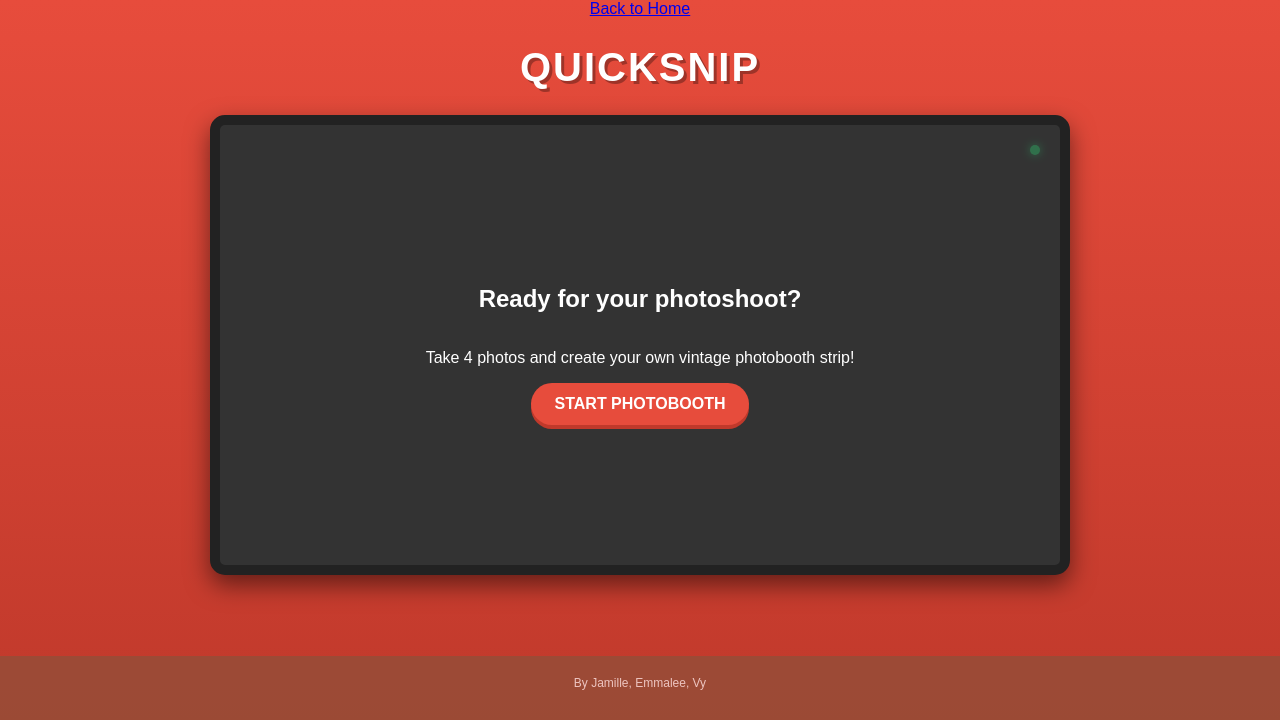
Repository: Strawb3rryjam/QuickSnip
Page: photobooth.html
The author's editor kept a copy of each file at every save. The page is drawn from the files as they stood at one save, then again after the next save.
The browser window is 1280 px wide. The pictures show the whole page.
Some web fonts or font styles are not loaded; a fallback is used.

Above is the page before, as saved 2025-05-08 15:46:37.

### photobooth.html
<!DOCTYPE html>
<html lang="en">

<head>
    <meta charset="UTF-8">
    <meta name="viewport" content="width=device-width, initial-scale=1.0">
    <title>Retro Photobooth</title>
    <link rel="stylesheet" href="styles.css">

    <!--Font-->
    <link rel="preconnect" href="https://fonts.googleapis.com">
    <link rel="preconnect" href="https://fonts.gstatic.com" crossorigin>
    <link href="https://fonts.googleapis.com/css2?family=Titan+One&display=swap" rel="stylesheet">
</head>

<body>
    <a href="index.html" id="home" class="button">Back to Home</a>


    <h1>QUICKSNIP</h1>
    <div class="container">
        <div class="retro-light"></div>

        <div class="start-screen" id="startScreen">

            <h2>Ready for your photoshoot?</h2>
            <p>Take 4 photos and create your own vintage photobooth strip!</p>
            <button id="startButton">Start Photobooth</button>
        </div>

        <div class="camera-container" id="cameraContainer">
            <video id="camera" autoplay playsinline></video>
            <div class="countdown" id="countdown"></div>
            <div class="flash" id="flash"></div>
            <div class="loading-message" id="loadingMessage">Initializing camera...</div>
        </div>

        <div class="controls" id="cameraControls" style="display: none;">
            <button id="captureButton">Take Photos</button>
        </div>

        <div class="photostrip-container" id="photostripContainer">
            <div class="photostrip" id="photostrip">
                <div class="photostrip-branding">Retro Photobooth - April 28, 2025</div>
            </div>

            <div class="editor-tools">
                <div>
                    <h3>Border Color</h3>
                    <div class="color-picker" id="colorPicker">
                        <div class="color selected" style="background-color: white;" data-color="white"></div>
                        <div class="color" style="background-color: #ffcc00;" data-color="#ffcc00"></div>
                        <div class="color" style="background-color: #ff6b6b;" data-color="#ff6b6b"></div>
                        <div class="color" style="background-color: #48dbfb;" data-color="#48dbfb"></div>
                        <div class="color" style="background-color: #1dd1a1;" data-color="#1dd1a1"></div>
                        <div class="color" style="background-color: #f368e0;" data-color="#f368e0"></div>
                        <div class="color" style="background-color: #ff9f43;" data-color="#ff9f43"></div>
                        <div class="color" style="background-color: black;" data-color="black"></div>
                    </div>
                </div>

                <div>
                    <h3>Add Stickers</h3>
                    <div class="stickers" id="stickerPicker">
                        <div class="sticker">⭐</div>
                        <div class="sticker">❤️</div>
                        <div class="sticker">🌈</div>
                        <div class="sticker">😎</div>
                        <div class="sticker">🎉</div>
                        <div class="sticker">✨</div>
                        <div class="sticker">💯</div>
                        <div class="sticker">🔥</div>
                        <div class="sticker">👑</div>
                        <div class="sticker">🦄</div>
                    </div>
                </div>

                <button id="downloadButton">Download Photostrip</button>
                <button id="resetButton">Take New Photos</button>
            </div>
        </div>
    </div>

    <div id="copyright">By Jamille, Emmalee, Vy</div>

    <script src="https://cdnjs.cloudflare.com/ajax/libs/html2canvas/1.4.1/html2canvas.min.js"></script>
    <script src="scripts.js"></script>
</body>

</html>

### styles.css
body {
  font-family: 'titan-one-regular', sans-serif;
  background-color: #f0f0f0;
  margin: 0;
  padding: 0;
  display: flex;
  flex-direction: column;
  align-items: center;
  min-height: 100vh;
  background-image: linear-gradient(to bottom, #e74c3c, #c0392b);
  color: white;
  text-align: center;
}

h1 {
  font-family: 'titan-one-regular', sans-serif;
  letter-spacing: 2px;
  font-size: 2.5rem;
  text-shadow: 3px 3px 0px rgba(0, 0, 0, 0.3);
  margin-bottom: 5px;
}


.photobooth-exterior {
  position: relative;
  width: 100vw;
  height: 100vh;
  overflow: hidden;
  display: flex;
  justify-content: center;
  align-items: center;
}



.entrance {
  position: absolute;
  top: 0;
  left: 0;
  width: 100%;
  height: 100%;
  object-fit: cover;
  object-position: center;
  z-index: -1;
}




#curtain {
  position: absolute;
  width: 20vw; /* Responsive width */
  height: 428px; /* Let it scale proportionally */
  left: 50%; /* Center-ish position */
  top: 35%;  /* Adjust as needed */
  transform: translate(-30%, -14%); /* Centers the image on its position point */
  object-fit: contain;
  cursor: pointer;
  z-index: 1; /* Above entrance image */
}


#home {
  #home {
    font-family: 'Courier New', monospace;
    background-color: #000;
    color: #0f0;
    border: 2px solid #0f0;
    padding: 10px 20px;
    text-transform: uppercase;
  }

}

#home:hover {
  background-color: #e60000;
}




.container {
  max-width: 800px;
  width: 95%;
  background-color: #333;
  border-radius: 15px;
  padding: 20px;
  box-shadow: 0 10px 25px rgba(0, 0, 0, 0.5);
  margin: 20px 0;
  border: 10px solid #222;
  position: relative;
}

.start-screen {
  display: flex;
  flex-direction: column;
  align-items: center;
  justify-content: center;
  height: 400px;
}

.camera-container {
  position: relative;
  margin: 0 auto;
  width: 100%;
  max-width: 640px;
  border-radius: 8px;
  overflow: hidden;
  display: none;
}

#camera {
  width: 100%;
  height: auto;
  background-color: #222;
  border-radius: 8px;
  transform: scaleX(-1);
}

.controls {
  margin-top: 20px;
  display: flex;
  justify-content: center;
  flex-wrap: wrap;
  gap: 10px;
}

button {
  background-color: #e74c3c;
  color: white;
  border: none;
  padding: 12px 24px;
  font-size: 16px;
  border-radius: 30px;
  cursor: pointer;
  transition: all 0.3s;
  font-weight: bold;
  box-shadow: 0 4px 0 #c0392b;
  text-transform: uppercase;
}

button:hover {
  background-color: #c0392b;
  box-shadow: 0 2px 0 #9e2a1e;
  transform: translateY(2px);
}

button:active {
  transform: translateY(4px);
  box-shadow: none;
}

button:disabled {
  background-color: #999;
  box-shadow: none;
  cursor: not-allowed;
}

.countdown {
  position: absolute;
  top: 50%;
  left: 50%;
  transform: translate(-50%, -50%);
  font-size: 8rem;
  color: white;
  text-shadow: 0 0 10px #000;
  opacity: 0.8;
  display: none;
}

.flash {
  position: absolute;
  top: 0;
  left: 0;
  width: 100%;
  height: 100%;
  background-color: white;
  opacity: 0;
  transition: opacity 0.1s;
}

.photostrip-container {
  display: none;
  flex-direction: column;
  align-items: center;
  width: 100%;
}

.photostrip {
  display: flex;
  flex-direction: column;
  gap: 10px;
  background-color: white;
  padding: 20px;
  width: 240px;
  border-radius: 5px;
  box-shadow: 0 0 10px rgba(0,0,0,0.5);
  margin-bottom: 20px;
  position: relative;
}

.photostrip img {
  width: 100%;
  height: auto;
  border: 1px solid #ddd;
}

.photostrip-branding {
  color: #333;
  font-size: 12px;
  margin-top: 10px;
  text-align: center;
  font-family: 'Courier New', monospace;
}

.editor-tools {
  display: flex;
  flex-wrap: wrap;
  justify-content: center;
  gap: 10px;
  margin-top: 20px;
  width: 100%;
}

.color-picker {
  display: flex;
  flex-wrap: wrap;
  justify-content: center;
  gap: 5px;
  margin-bottom: 15px;
}

.color {
  width: 30px;
  height: 30px;
  border-radius: 50%;
  cursor: pointer;
  border: 2px solid transparent;
  transition: transform 0.2s;
}

.color:hover {
  transform: scale(1.2);
}

.color.selected {
  border: 2px solid white;
  box-shadow: 0 0 5px rgba(0,0,0,0.5);
}

.stickers {
  display: flex;
  flex-wrap: wrap;
  justify-content: center;
  gap: 10px;
  margin-bottom: 15px;
}

.sticker {
  font-size: 24px;
  cursor: pointer;
  background-color: rgba(255, 255, 255, 0.2);
  border-radius: 5px;
  padding: 5px;
  transition: transform 0.2s;
}

.sticker:hover {
  transform: scale(1.2);
}

.draggable-sticker {
  position: absolute;
  cursor: move;
  user-select: none;
  font-size: 24px;
}

.retro-light {
  position: absolute;
  width: 10px;
  height: 10px;
  background-color: #2ecc71;
  border-radius: 50%;
  top: 20px;
  right: 20px;
  box-shadow: 0 0 10px #2ecc71;
  animation: blink 2s infinite;
}

@keyframes blink {
  0%, 100% { opacity: 1; }
  50% { opacity: 0.4; }
}

.loading-message {
  font-size: 1.2rem;
  margin-bottom: 20px;
  animation: pulse 1.5s infinite;
}

@keyframes pulse {
  0%, 100% { opacity: 1; }
  50% { opacity: 0.5; }
}

#copyright {
  position: fixed;
  bottom: 0;
  left: 0;
  width: 100%;
  margin-top: 100px; /* Remove margin-top */
  font-size: 12px;
  opacity: 0.7;
  text-align: center; /* Center the text */
  background-color: #8C523B; /* Optional: Add background color to make it stand out */
  padding-top: 20px; /* Optional: Adjust padding for spacing */
  padding-bottom: 30px;
}

### scripts.js
document.addEventListener("DOMContentLoaded", () => {
  // DOM Elements
  const curtain = document.getElementById("curtain");

  if (curtain) {
    const frames = [
      "assets/curtain1.svg",
      "assets/curtain2.svg",
      "assets/curtain3.svg",
      "assets/curtain4.svg",
    ];

    let interval = 0;

    function animateCurtain(forward = true) {
      let index = forward ? 0 : frames.length - 1;
      clearInterval(interval);
      interval = setInterval(() => {
        curtain.src = frames[index];
        index = forward ? index + 1 : index - 1;
        if (index < 0 || index >= frames.length) clearInterval(interval);
      }, 100);
    }

    curtain.addEventListener("mouseenter", () => animateCurtain(true));
    curtain.addEventListener("mouseleave", () => animateCurtain(false));

    // 👉 Navigate to photobooth.html on click
    curtain.addEventListener("click", () => {
      window.location.href = "photobooth.html";
    });
  } else {
    console.error("Curtain element not found!");
  }

  // back to home button
  document.addEventListener("DOMContentLoaded", () => {
    const homeButton = document.getElementById("home");
    if (homeButton) {
      homeButton.addEventListener("click", () => {
        window.location.href = "index.html";
      });
    }
  });

  const startScreen = document.getElementById("startScreen");
  const cameraContainer = document.getElementById("cameraContainer");
  const camera = document.getElementById("camera");
  const captureButton = document.getElementById("captureButton");
  const startButton = document.getElementById("startButton");
  const cameraControls = document.getElementById("cameraControls");
  const countdown = document.getElementById("countdown");
  const flash = document.getElementById("flash");
  const photostripContainer = document.getElementById("photostripContainer");
  const photostrip = document.getElementById("photostrip");
  const downloadButton = document.getElementById("downloadButton");
  const resetButton = document.getElementById("resetButton");
  const colorPicker = document.getElementById("colorPicker");
  const stickerPicker = document.getElementById("stickerPicker");
  const loadingMessage = document.getElementById("loadingMessage");

  // App State
  let stream = null;
  let photosTaken = 0;
  const maxPhotos = 4;
  let photoElements = [];
  let isCountingDown = false;

  // Start the photobooth
  startButton.addEventListener("click", initCamera);

  // Initialize the camera
  async function initCamera() {
    startScreen.style.display = "none";
    cameraContainer.style.display = "block";

    try {
      stream = await navigator.mediaDevices.getUserMedia({
        video: {
          facingMode: "user",
          width: { ideal: 640 },
          height: { ideal: 480 },
        },
        audio: false,
      });

      camera.srcObject = stream;
      loadingMessage.style.display = "none";
      cameraControls.style.display = "flex";
      captureButton.addEventListener("click", startPhotoSequence);
    } catch (err) {
      loadingMessage.textContent = "Camera access denied or not available :(";
      console.error("Error accessing camera:", err);
    }
  }

  // Start the photo taking sequence
  function startPhotoSequence() {
    if (isCountingDown) return;

    isCountingDown = true;
    captureButton.disabled = true;
    startCountdown();
  }

  // Display countdown before taking photo
  function startCountdown() {
    let count = 3;
    countdown.textContent = count;
    countdown.style.display = "block";

    const countInterval = setInterval(() => {
      count--;

      if (count > 0) {
        countdown.textContent = count;
      } else {
        clearInterval(countInterval);
        countdown.style.display = "none";
        takePhoto();
      }
    }, 1000);
  }

  // Take a photo
  function takePhoto() {
    // Create flash effect
    flash.style.opacity = "0.8";
    setTimeout(() => {
      flash.style.opacity = "0";
    }, 100);

    // Create the canvas to capture the photo
    const canvas = document.createElement("canvas");
    const context = canvas.getContext("2d");

    // Set canvas dimensions to match the video
    canvas.width = camera.videoWidth;
    canvas.height = camera.videoHeight;

    // Draw the video frame on the canvas, flip horizontally
    context.translate(canvas.width, 0);
    context.scale(-1, 1);
    context.drawImage(camera, 0, 0, canvas.width, canvas.height);

    // Convert canvas to image
    const imgUrl = canvas.toDataURL("image/jpeg");

    // Add to photostrip
    photosTaken++;
    const photoElement = document.createElement("img");
    photoElement.src = imgUrl;
    photoElement.alt = `Photo ${photosTaken}`;
    photoElements.push(photoElement);

    // Check if we need to take more photos
    if (photosTaken < maxPhotos) {
      // Wait before next photo
      setTimeout(() => {
        isCountingDown = false;
        startCountdown();
      }, 1000);
    } else {
      // We're done taking photos
      finishPhotoSession();
    }
  }

  // Finish photo session and show the photostrip
  function finishPhotoSession() {
    // Stop camera
    if (stream) {
      stream.getTracks().forEach((track) => track.stop());
      stream = null;
    }

    // Hide camera UI
    cameraContainer.style.display = "none";
    cameraControls.style.display = "none";

    // Add photos to photostrip
    for (let i = 0; i < photoElements.length; i++) {
      photostrip.appendChild(photoElements[i]);
    }

    // Show photostrip editor
    photostripContainer.style.display = "flex";

    // Initialize the editing tools
    initEditingTools();
  }

  // Initialize editing tools for photostrip
  function initEditingTools() {
    // Color picker functionality
    colorPicker.querySelectorAll(".color").forEach((colorEl) => {
      colorEl.addEventListener("click", () => {
        // Remove selected class from all colors
        colorPicker.querySelectorAll(".color").forEach((el) => {
          el.classList.remove("selected");
        });

        // Add selected class to clicked color
        colorEl.classList.add("selected");

        // Apply color to photostrip
        const selectedColor = colorEl.getAttribute("data-color");
        photostrip.style.backgroundColor = selectedColor;
      });
    });

    // Sticker functionality
    stickerPicker.querySelectorAll(".sticker").forEach((stickerEl) => {
      stickerEl.addEventListener("click", () => {
        addSticker(stickerEl.textContent);
      });
    });

    // Download button
    downloadButton.addEventListener("click", downloadPhotostrip);

    // Reset button
    resetButton.addEventListener("click", resetPhotobooth);
  }

  // Add a draggable sticker to the photostrip
  function addSticker(emoji) {
    const sticker = document.createElement("div");
    sticker.classList.add("draggable-sticker");
    sticker.textContent = emoji;
    sticker.style.left = "50%";
    sticker.style.top = "50%";
    sticker.style.transform = "translate(-50%, -50%)";
    photostrip.appendChild(sticker);

    // Make sticker draggable
    let isDragging = false;
    let offsetX, offsetY;

    sticker.addEventListener("mousedown", (e) => {
      isDragging = true;
      const rect = sticker.getBoundingClientRect();
      offsetX = e.clientX - rect.left;
      offsetY = e.clientY - rect.top;
      sticker.style.zIndex = "1000";
    });

    document.addEventListener("mousemove", (e) => {
      if (!isDragging) return;

      const photoRect = photostrip.getBoundingClientRect();
      const x = e.clientX - photoRect.left - offsetX;
      const y = e.clientY - photoRect.top - offsetY;

      sticker.style.left = `${x}px`;
      sticker.style.top = `${y}px`;
      sticker.style.transform = "none";
    });

    document.addEventListener("mouseup", () => {
      isDragging = false;
      sticker.style.zIndex = "999";
    });

    // Touch support for mobile
    sticker.addEventListener("touchstart", (e) => {
      isDragging = true;
      const touch = e.touches[0];
      const rect = sticker.getBoundingClientRect();
      offsetX = touch.clientX - rect.left;
      offsetY = touch.clientY - rect.top;
      sticker.style.zIndex = "1000";
      e.preventDefault();
    });

    document.addEventListener("touchmove", (e) => {
      if (!isDragging) return;

      const touch = e.touches[0];
      const photoRect = photostrip.getBoundingClientRect();
      const x = touch.clientX - photoRect.left - offsetX;
      const y = touch.clientY - photoRect.top - offsetY;

      sticker.style.left = `${x}px`;
      sticker.style.top = `${y}px`;
      sticker.style.transform = "none";
      e.preventDefault();
    });

    document.addEventListener("touchend", () => {
      isDragging = false;
      sticker.style.zIndex = "999";
    });
  }

  // Download the photostrip
  function downloadPhotostrip() {
    html2canvas(photostrip).then((canvas) => {
      const link = document.createElement("a");
      link.download = "retro-photostrip.jpg";
      link.href = canvas.toDataURL("image/jpeg", 0.8);
      link.click();
    });
  }

  // Reset the photobooth to start again
  function resetPhotobooth() {
    // Reset counters and arrays
    photosTaken = 0;
    photoElements = [];

    // Clear the photostrip
    const photos = photostrip.querySelectorAll("img");
    const stickers = photostrip.querySelectorAll(".draggable-sticker");

    photos.forEach((photo) => photo.remove());
    stickers.forEach((sticker) => sticker.remove());

    // Reset photostrip color
    photostrip.style.backgroundColor = "white";
    colorPicker.querySelectorAll(".color").forEach((el) => {
      el.classList.remove("selected");
    });
    colorPicker.querySelector('[data-color="white"]').classList.add("selected");

    // Hide photostrip and show start screen
    photostripContainer.style.display = "none";
    startScreen.style.display = "flex";

    // Reset buttons
    captureButton.disabled = false;
    isCountingDown = false;
  }
});

After the next save:
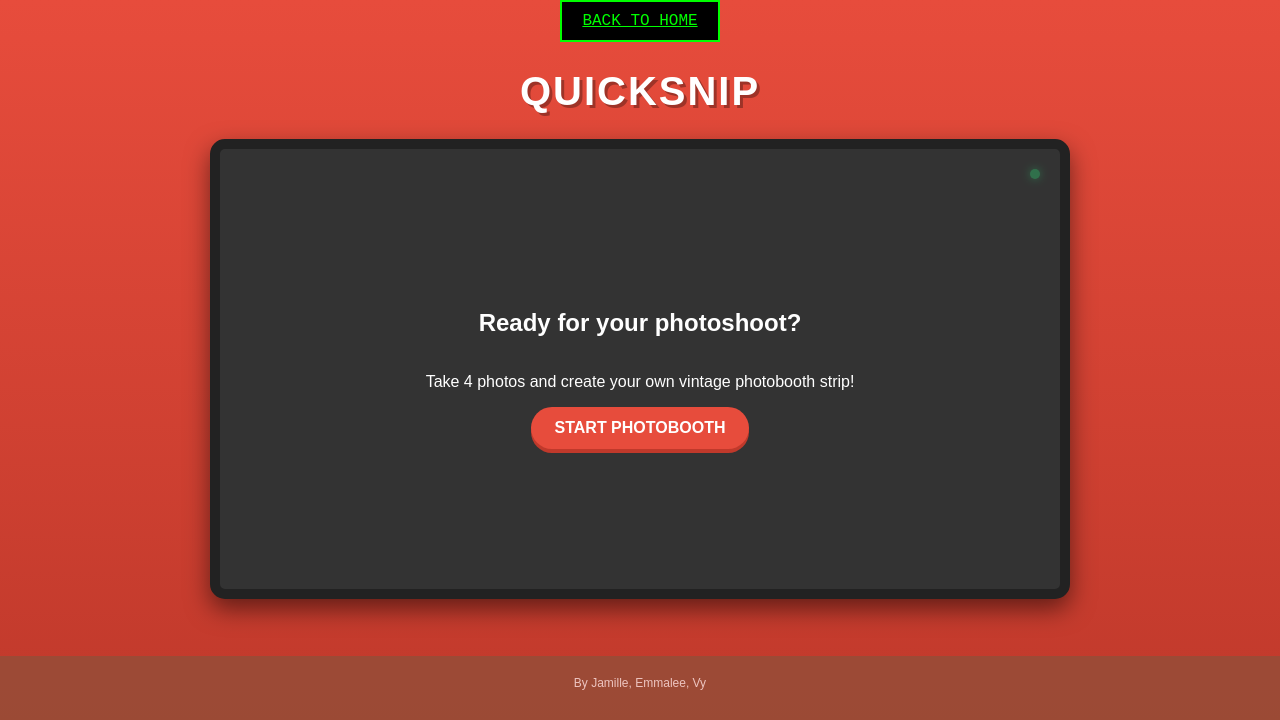
Saved 4 s later.
--- a/styles.css
+++ b/styles.css
@@ -61,16 +61,14 @@ h1 {
 
 
 #home {
-  #home {
-    font-family: 'Courier New', monospace;
-    background-color: #000;
-    color: #0f0;
-    border: 2px solid #0f0;
-    padding: 10px 20px;
-    text-transform: uppercase;
-  }
-
-}
+  font-family: 'Courier New', monospace;
+  background-color: #000;
+  color: #0f0;
+  border: 2px solid #0f0;
+  padding: 10px 20px;
+  text-transform: uppercase;
+}
+
 
 #home:hover {
   background-color: #e60000;
